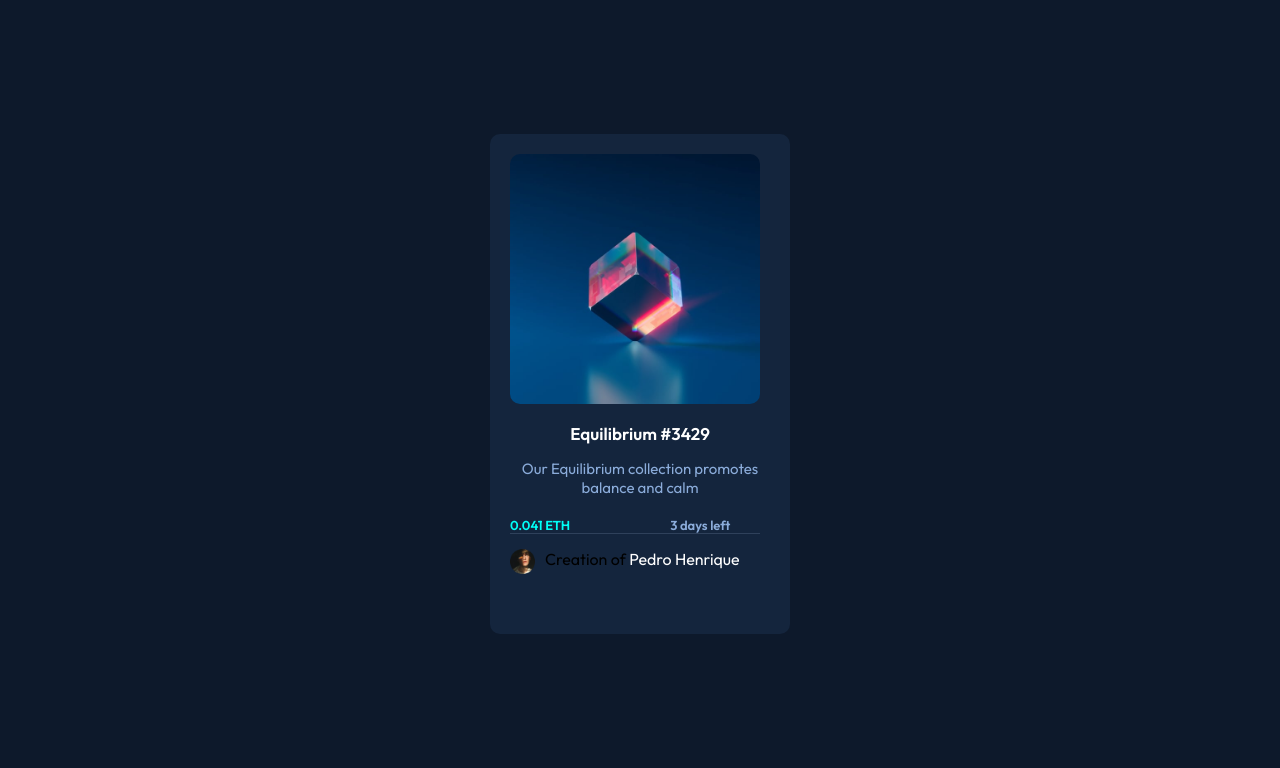
Repository: PedroHEAA/nft
Page: index.html
An editor plug-in stored every save of this project. The page is shown before and after the next save, followed by the edit.
The browser window is 1280 px wide. The pictures show the whole page.

Above is the page before, as saved 2022-11-03 20:57:08.

### index.html
<!DOCTYPE html>
<html lang="en">

<head>
    <meta charset="UTF-8">
    <meta http-equiv="X-UA-Compatible" content="IE=edge">
    <meta name="viewport" content="width=device-width, initial-scale=1.0">
    <meta name="description"
        content="Esse é um projeto do front end mentor, para eu desenvolver habilidades técnicas para ficar cada dia melhor">
    <link rel="stylesheet" href="src/css/reset.css">
    <link rel="stylesheet" href="src/css/style.css">
    <link rel="stylesheet" href="src/css/variables.css">
    <link rel="shortcut icon" href="src/images/favicon-32x32.png" type="image/x-icon">
    <title>NFT - preview card component</title>
</head>

<body>
    <main class="container">
        <div class="card">

            <a href="#">
                <img src="src/images/image-equilibrium.jpg" alt="Equilibrium NFT image" width="250px">
            </a>

            <div class="card-information">
                <a href="#">
                    <h2 class="title">Equilibrium #3429</h2>
                </a>

                <p class="card-description">Our Equilibrium collection promotes balance and calm</p>
            </div>

            <div class="info-elements">
                <p class="angle"> 0.041 ETH</p>
                <p class="days"> 3 days left</p>
            </div>

            <hr class="line">
            <div class="creator">
                <img src="src/images/image-avatar.png" alt="NFT creator" width="25px">
                <p> Creation of <a href="#">Pedro Henrique</a></p>
            </div>
        </div>
    </main>
</body>

</html>

### src/css/reset.css
*{
    margin: 0;
    padding: 0;
    box-sizing: border-box;
}

a{
    text-decoration: none;
    color: var(--white);
}

### src/css/style.css
@import url('https://fonts.googleapis.com/css2?family=Outfit:wght@300;400;600&display=swap');

body{
    font-family: 'Outfit', sans-serif;
}

.container{
    max-width: 1366px;
    height: 768px;
    background-color: var(--main-color);
    display: flex;
    justify-content: center;
    align-items: center;

}

.card{
    background-color: var(--card-color);
    width: 300px;
    height: 500px;
    border-radius: 10px;
    display: flex;
    flex-direction: column;
    align-items: baseline;
    text-align: center;
    padding: 20px;
}

.card .title{
    font-size: 17px;
    justify-content: flex-start;
    margin-top: 15px;
}

.card .card-description{
    color: var(--secondary-color);
    font-size: 15px;
    margin-top: 15px;
}

img{
    border-radius: 10px;
}

.info-elements{
    display: flex;
    justify-content: space-between;
    gap: 100px;
    font-size: 13px;
    font-weight: 600;
    margin-top: 20px;
}

.info-elements .angle{
    color: var(--angle-color);
    display: flex;
    gap: 4px;
}

.info-elements .days{
    color: var(--secondary-color);
    display: flex;
    gap: 4px;
}

.line{
    background-color: var(--line-color);
    width: 250px;
    height: 1px;
    border-width: 0;
}

.card .creator{
    display: flex;
    justify-content: flex-start;
    gap: 10px;
    margin-top: 15px;
}

### src/css/variables.css
:root{
    --main-color: hsl(217, 54%, 11%);
    --card-color: hsl(216, 50%, 16%);
    --line-color: hsl(215, 32%, 27%);
    --white: hsl(0, 0%, 100%);
    --angle-color: hsl(178, 100%, 50%);
    --secondary-color: hsl(215, 51%, 70%);
}

After the next save:
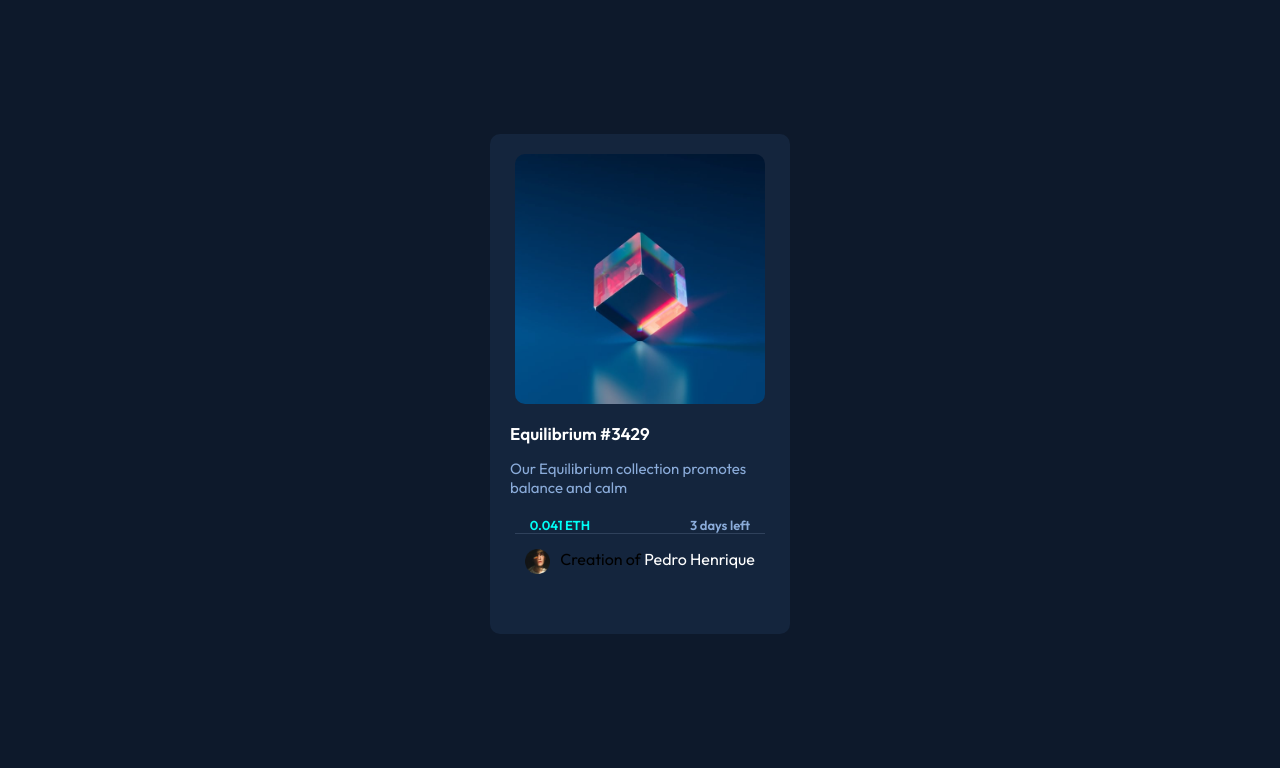
Saved 8 s later.
--- a/src/css/style.css
+++ b/src/css/style.css
@@ -21,8 +21,7 @@
     border-radius: 10px;
     display: flex;
     flex-direction: column;
-    align-items: baseline;
-    text-align: center;
+    align-items: center;
     padding: 20px;
 }
 
